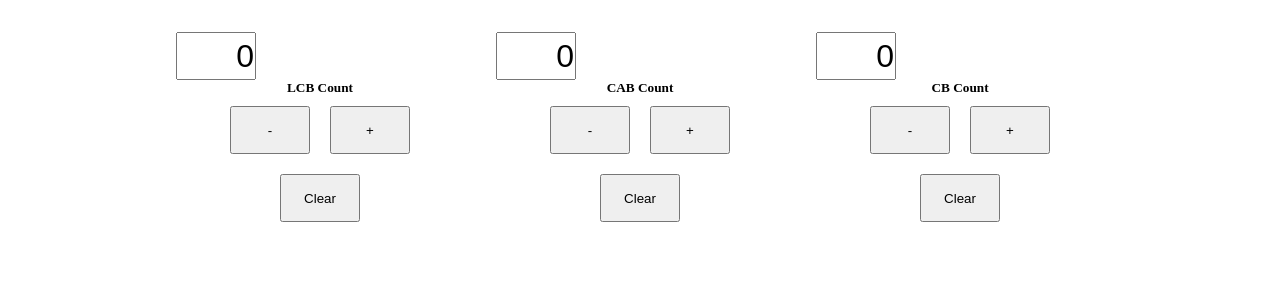
Repository: suraj-yadav7/SwitchWorkflow-Count-reactjs
Page: /
These files come from the project's save history. The page is drawn as it stood at one moment and after the next save; the edit follows.
The browser window is 1280 px wide. The pictures show the whole page.
The project was rebuilt for these pictures with package versions that can differ from the ones it lists, and the page was loaded fresh each time.

Above is the page before, as saved 2023-04-17 18:28:07.

### src/App.js
import './App.css';
import TitleCount from './Components/TitleCount';

function App() {
  return (
    <>
    <TitleCount />
    </>
  );
}

export default App;

### src/App.css
*{
  margin: 0;
  padding: 0;
  box-sizing: border-box;
}

button{
  width: 5rem;
  margin: 10px;
  height: 3rem;
}

.container1{
  display:flex ;
  justify-content: center;
  align-items: center;
  gap: 2rem;
  padding: 2rem;
}

.card-body{
  text-align: center;
}

.card >input{
  width: 5rem;
  height: 3rem;
  font-size: 2rem;
  text-align: right;
  margin:1  6rem;
}

### src/Components/TitleCount.jsx
import React from 'react'
import { useState, useEffect } from 'react'
const TitleCount = () => {

    const [lcbCount, setLcbCount] = useState(parseInt(localStorage.getItem("lcbKey")) || 0)

    useEffect(()=>{
        localStorage.setItem("lcbKey", lcbCount)
    },[lcbCount])

    return (
        <>
        <nav>

        </nav>
            <div className="container1">
                <div class="card" style={{width: "18rem"}}>
                    <input type='text' name="lcbCount" value={lcbCount}/>
                    <div class="card-body">
                        <h5 class="card-title">LCB Count</h5>
                        <button onClick={()=>setLcbCount(val => (lcbCount>0 ? val-1: 0))}>-</button>
                        <button onClick={()=>setLcbCount(val => val+1)}>+</button>
                        <button onClick={()=>setLcbCount(0)}>Clear</button>
                    </div>
                </div>
                <div class="card" style={{width: "18rem"}}>
                    <input type='text' name="lcbCount" value={lcbCount}/>
                    <div class="card-body">
                        <h5 class="card-title">CAB Count</h5>
                        <button onClick={()=>setLcbCount(val => (lcbCount>0 ? val-1: 0))}>-</button>
                        <button onClick={()=>setLcbCount(val => val+1)}>+</button>
                        <button onClick={()=>setLcbCount(0)}>Clear</button>
                    </div>
                </div>
                <div class="card" style={{width: "18rem"}}>
                    <input type='text' name="lcbCount" value={lcbCount}/>
                    <div class="card-body">
                        <h5 class="card-title">CB Count</h5>
                        <button onClick={()=>setLcbCount(val => (lcbCount>0 ? val-1: 0))}>-</button>
                        <button onClick={()=>setLcbCount(val => val+1)}>+</button>
                        <button onClick={()=>setLcbCount(0)}>Clear</button>
                    </div>
                </div>
            </div>

        </>
    )
}

export default TitleCount

Loaded but not shown: src/index.js (common file)

After the next save:
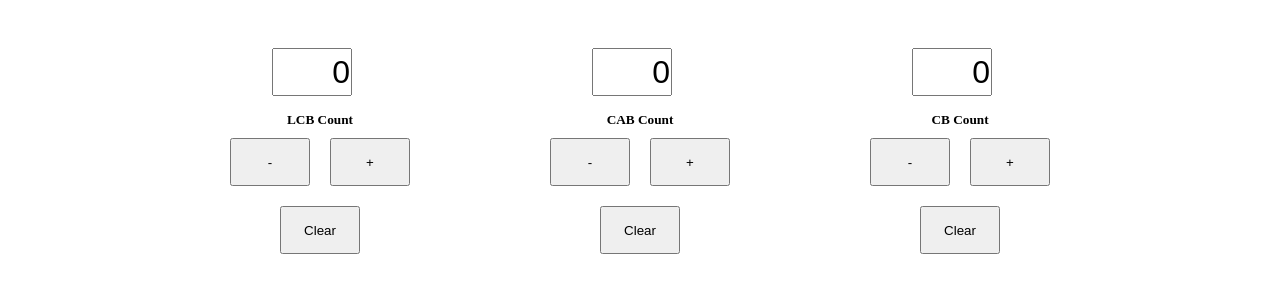
Saved 18 s later.
--- a/src/App.css
+++ b/src/App.css
@@ -27,5 +27,5 @@ button{
   height: 3rem;
   font-size: 2rem;
   text-align: right;
-  margin:1  6rem;
+  margin:1rem  6rem;
 }
